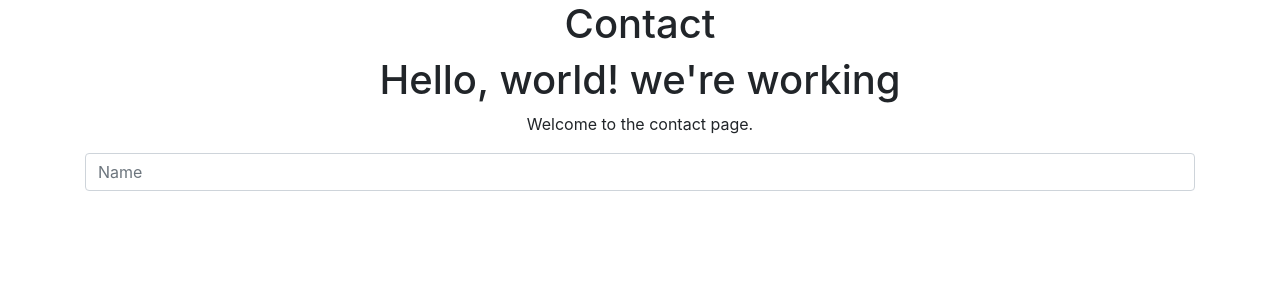
Repository: mjmaix/django101
Page: http://localhost/contact/
The author's editor kept a copy of each file at every save. The page is drawn from the files as they stood at one save, then again after the next save.
The browser window is 1280 px wide. The pictures show the whole page.
Some web libraries are served in a nearby version. The page is served by the project's application, run on Django 2.2 (ecommerce/src/manage.py). Other server files are loaded and not shown.

Above is the page before, as saved 2018-03-31 22:40:33.

### ecommerce/src/ecommerce/views.py
from django.http import HttpResponse
from django.shortcuts import render

def home_page(request):
    context = {
        "title":"Hello World!",
        "content":"Welcome to the homepage."
    }
    return render(request, "home_page.html", context)

def about_page(request):
    context = {
        "title":"About",
        "content":"Welcome to the about page."
    }
    return render(request, "home_page.html", context)

def contact_page(request):
    context = {
        "title":"Contact",
        "content":"Welcome to the contact page."
    }
    return render(request, "contact/view.html", context)

### ecommerce/src/templates/contact/view.html
<!doctype html>
<html lang="en">

<head>
  <!-- Required meta tags -->
  <meta charset="utf-8">
  <meta name="viewport" content="width=device-width, initial-scale=1, shrink-to-fit=no">

  <!-- Bootstrap CSS -->
  <link rel="stylesheet" href="https://maxcdn.bootstrapcdn.com/bootstrap/4.0.0/css/bootstrap.min.css" integrity="sha384-Gn5384xqQ1aoWXA+058RXPxPg6fy4IWvTNh0E263XmFcJlSAwiGgFAW/dAiS6JXm"
    crossorigin="anonymous">

  <title>Hello, world!</title>
</head>

<body>
  <dive class='text-center'>
    <h1>{{ title }}</h1>
    <h1>Hello, world! we're working</h1>
    </div>

    <div class='container'>
      <div class='row'>
        <div class='col'>
          <p>{{ content }}</p>
          <div class='col-sm-6 col-12'></div>
          <form>
            <input class='form-control' type='text' placeholder="Name" name='full_name' />
          </form>
        </div>
      </div>
    </div>

    <!-- Optional JavaScript -->
    <!-- jQuery first, then Popper.js, then Bootstrap JS -->
    <script src="https://code.jquery.com/jquery-3.2.1.slim.min.js" integrity="sha384-KJ3o2DKtIkvYIK3UENzmM7KCkRr/rE9/Qpg6aAZGJwFDMVNA/GpGFF93hXpG5KkN"
      crossorigin="anonymous"></script>
    <script src="https://cdnjs.cloudflare.com/ajax/libs/popper.js/1.12.9/umd/popper.min.js" integrity="sha384-ApNbgh9B+Y1QKtv3Rn7W3mgPxhU9K/ScQsAP7hUibX39j7fakFPskvXusvfa0b4Q"
      crossorigin="anonymous"></script>
    <script src="https://maxcdn.bootstrapcdn.com/bootstrap/4.0.0/js/bootstrap.min.js" integrity="sha384-JZR6Spejh4U02d8jOt6vLEHfe/JQGiRRSQQxSfFWpi1MquVdAyjUar5+76PVCmYl"
      crossorigin="anonymous"></script>
</body>

</html>

### ecommerce/src/ecommerce/urls.py
"""ecommerce URL Configuration

The `urlpatterns` list routes URLs to views. For more information please see:
    https://docs.djangoproject.com/en/1.11/topics/http/urls/
Examples:
Function views
    1. Add an import:  from my_app import views
    2. Add a URL to urlpatterns:  url(r'^$', views.home, name='home')
Class-based views
    1. Add an import:  from other_app.views import Home
    2. Add a URL to urlpatterns:  url(r'^$', Home.as_view(), name='home')
Including another URLconf
    1. Import the include() function: from django.conf.urls import url, include
    2. Add a URL to urlpatterns:  url(r'^blog/', include('blog.urls'))
"""
from django.conf.urls import url
from django.contrib import admin

from .views import home_page, about_page, contact_page

urlpatterns = [
    url(r'^$', home_page),
    url(r'^about/$', about_page),
    url(r'^contact/$', contact_page),
    url(r'^admin/', admin.site.urls),
]

After the next save:
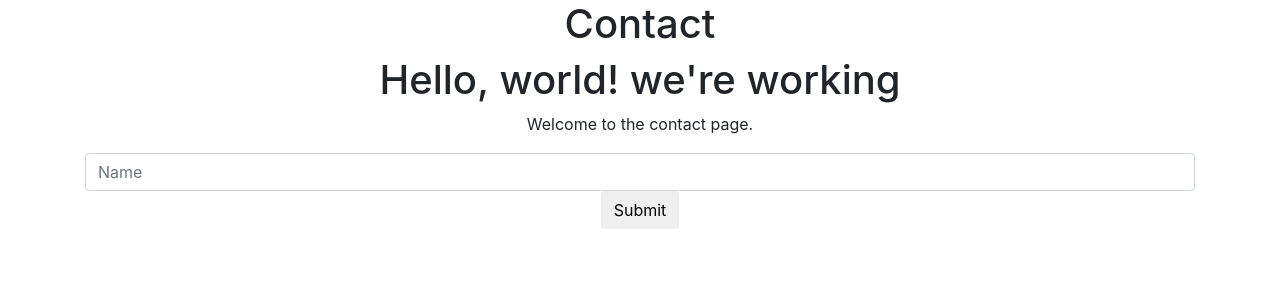
Saved 2 min 12 s later.
--- a/ecommerce/src/templates/contact/view.html
+++ b/ecommerce/src/templates/contact/view.html
@@ -26,6 +26,7 @@
           <div class='col-sm-6 col-12'></div>
           <form>
             <input class='form-control' type='text' placeholder="Name" name='full_name' />
+            <button class='btn btn-default' type='submit'>Submit</button>
           </form>
         </div>
       </div>
